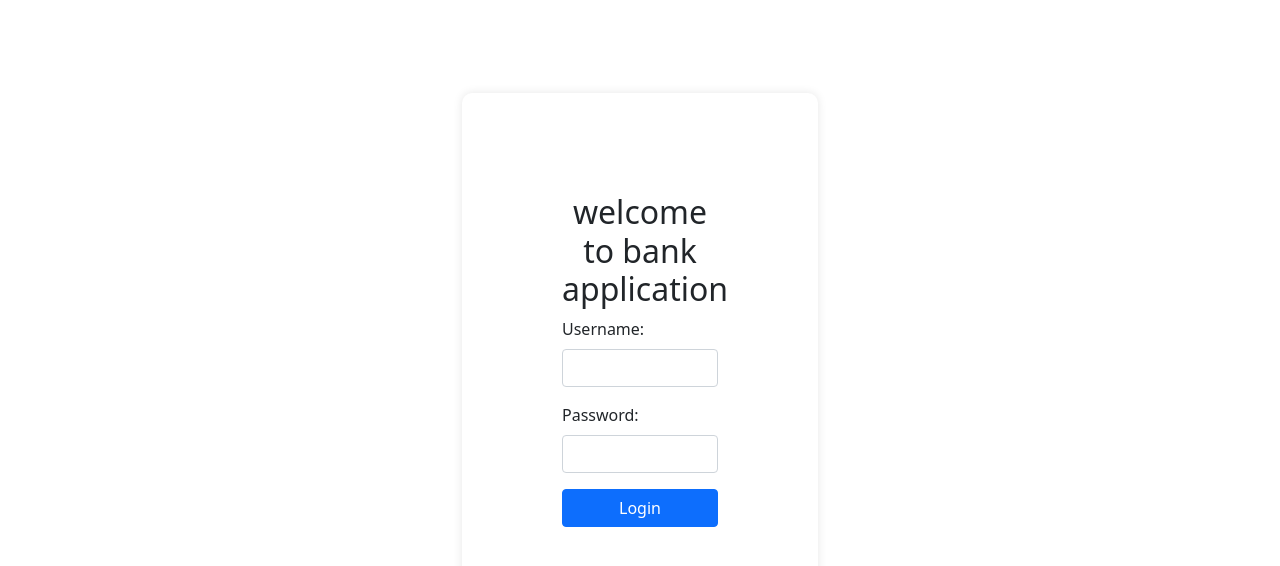
Repository: RMVLajaykumar/monojavaee
Page: http://localhost/13-bankapplication-demo/login.jsp
These files come from the project's save history. The page is drawn as it stood at one moment and after the next save; the edit follows.
The browser window is 1280 px wide. The pictures show the whole page.
The page is served by Tomcat 9. Nobody is signed in. The application's start-up code is not run.

Above is the page before, as saved 2024-07-19 16:22:09.

After the next save:
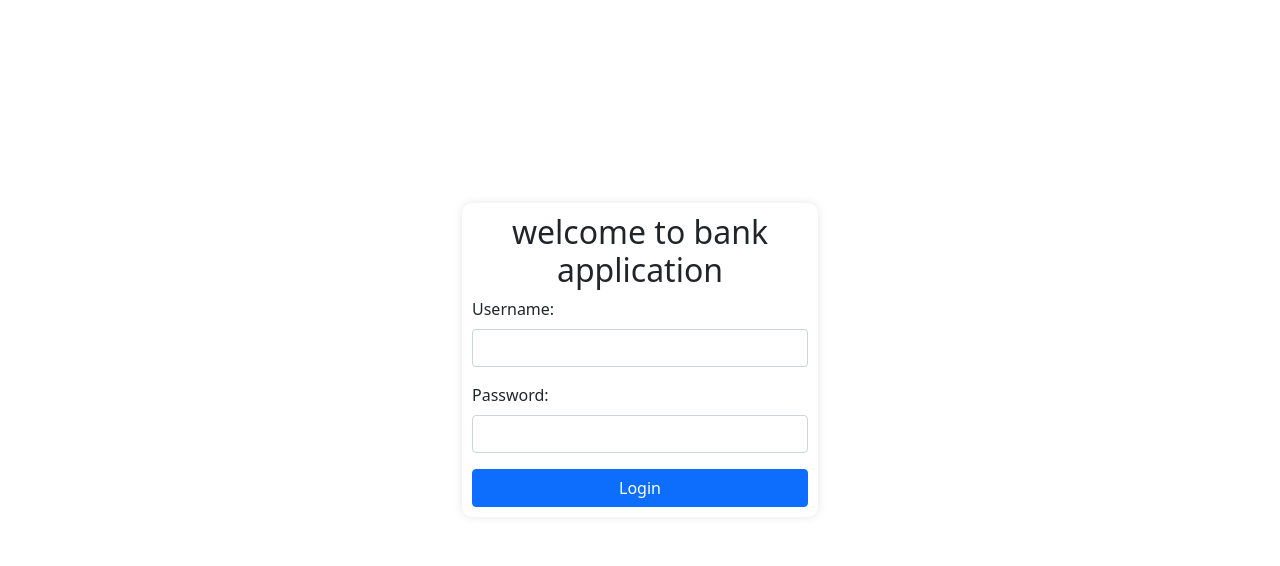
Saved 13 s later.
--- a/13-bankapplication-demo/WebContent/login.jsp
+++ b/13-bankapplication-demo/WebContent/login.jsp
@@ -26,7 +26,7 @@
     }
     .login-form {
         background: white;
-        padding: 100px;
+        padding: 10px;
         border-radius: 10px;
         box-shadow: 0 0 10px rgba(0, 0, 0, 0.1);
     }
